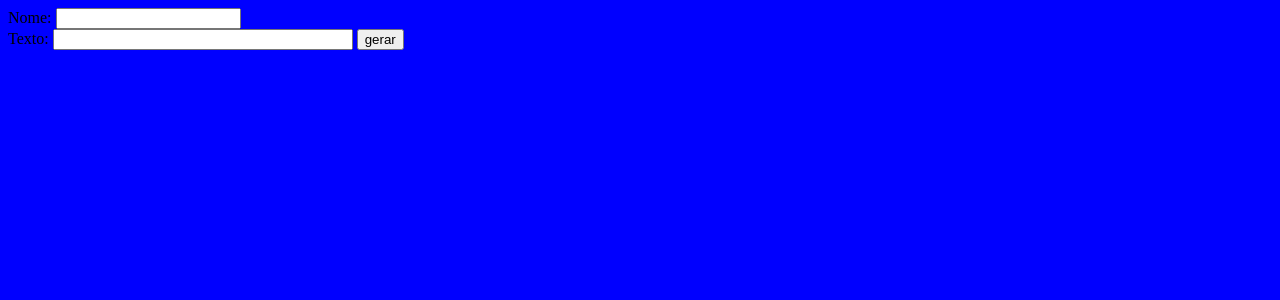
Repository: bVerneck/javaTex
Page: motos/src/main/webapp/form.html
The author's editor kept a copy of each file at every save. The page is drawn from the files as they stood at one save, then again after the next save.
The browser window is 1280 px wide. The pictures show the whole page.

Above is the page before, as saved 2023-03-13 14:38:24.

### motos/src/main/webapp/form.html
<html>
    <body style="background-color: blue;">
         <form action="/motos/home"/>
         Nome: <input type"text" name="nome">
         <br>
         Texto: <input type="text" style="width:300px"/>
         <input type="submit" value="gerar" name="text" />
         </form>

    </body>


</html>

After the next save:
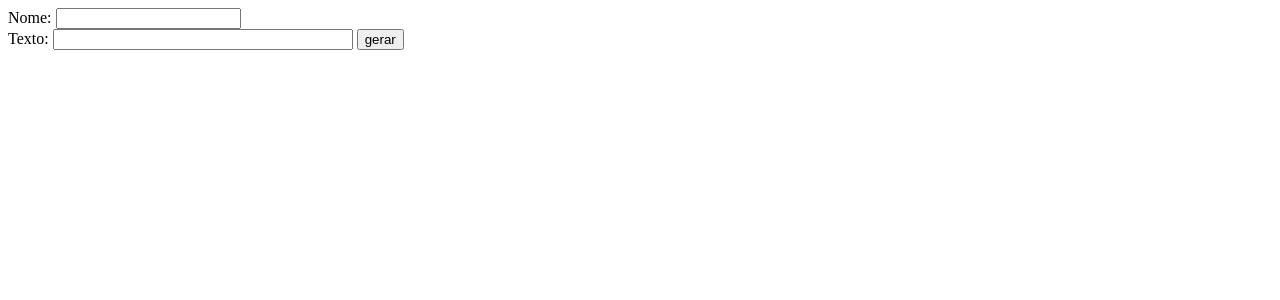
Saved 14 s later.
--- a/motos/src/main/webapp/form.html
+++ b/motos/src/main/webapp/form.html
@@ -1,5 +1,5 @@
 <html>
-    <body style="background-color: blue;">
+    <body>
          <form action="/motos/home"/>
          Nome: <input type"text" name="nome">
          <br>
